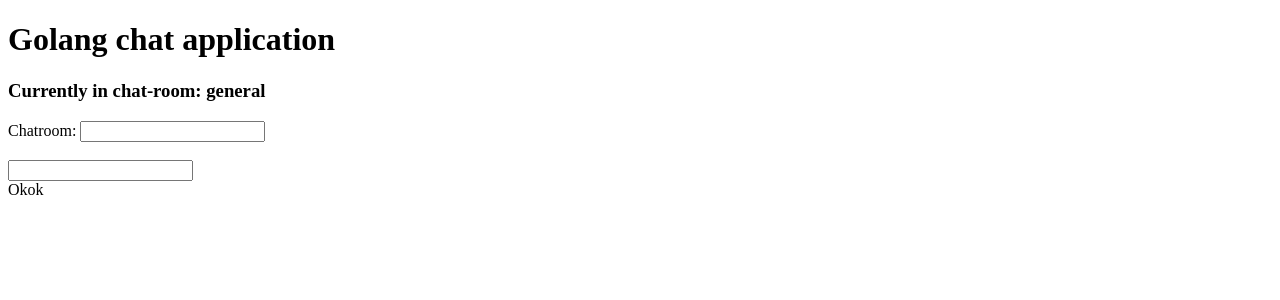
Repository: Lakshyyaa/SimpleWSserver
Page: frontend/index.html
An editor plug-in stored every save of this project. The page is shown before and after the next save, followed by the edit.
The browser window is 1280 px wide. The pictures show the whole page.

Above is the page before, as saved 2024-10-30 13:32:20.

### frontend/index.html
<!DOCTYPE html>
<html lang="en">
<head>
    <meta charset="UTF-8">
    <meta name="viewport" content="width=device-width, initial-scale=1.0">
    <title>websockets</title>
</head>
<body>
    <div class="center">
        <h1>Golang chat application</h1>
        <h3>Currently in chat-room: general</h3>
        <form action="" id="select-room">
            <label for="chatroom">Chatroom: </label>
            <input type="text" id="chatroom" name="chatroom">
            <br>
            <br>
            <input
        </form>
    </div>
    Okok
</body>
</html>

After the next save:
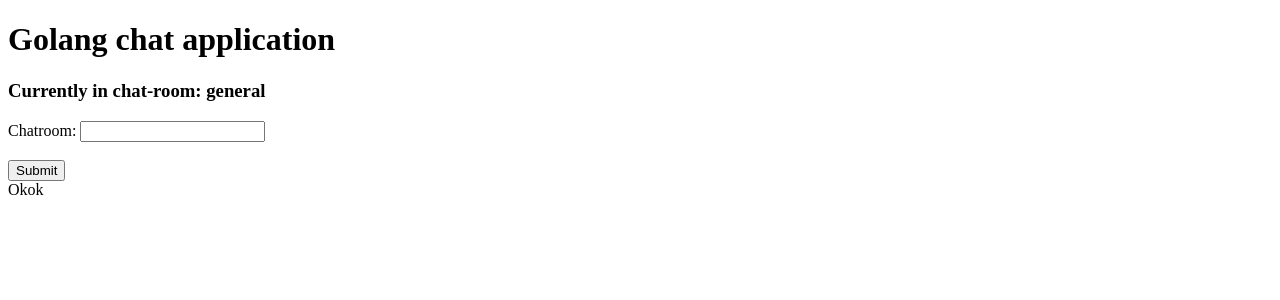
Saved 6 s later.
--- a/frontend/index.html
+++ b/frontend/index.html
@@ -14,7 +14,7 @@
             <input type="text" id="chatroom" name="chatroom">
             <br>
             <br>
-            <input
+            <input type="submit" >
         </form>
     </div>
     Okok
